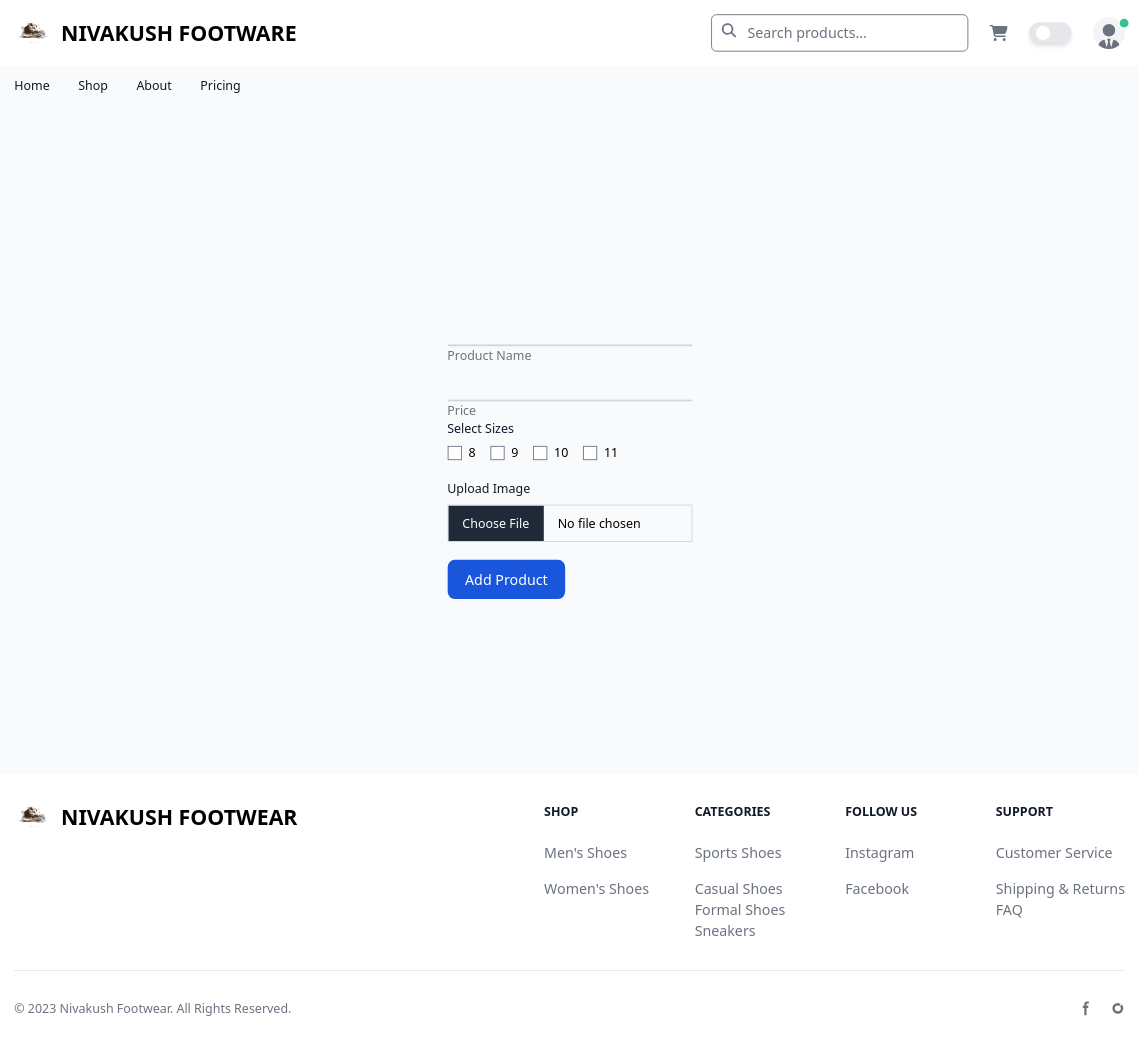
Repository: sibi24sibi/shoe-ecommerce
Page: /admin
The author's editor kept a copy of each file at every save. The page is drawn from the files as they stood at one save, then again after the next save.
The browser window is 1280 px wide. The pictures show the whole page, at 89% of full size.
Some web fonts or font styles are not loaded; a fallback is used. Some web libraries are served in a nearby version. The project was rebuilt for these pictures with package versions that can differ from the ones it lists, and the page was loaded fresh each time. Also part of the build but not shown: vite.config.js, src/Payment.jsx, src/Components/Products.jsx, src/Components/Carosel.jsx, src/Prod-page.jsx, src/Cart-page.jsx, src/ProductInfo.jsx, src/Aboutus.jsx and 3 more.

Above is the page before, as saved 2024-09-12 12:14:29.

After the next save:
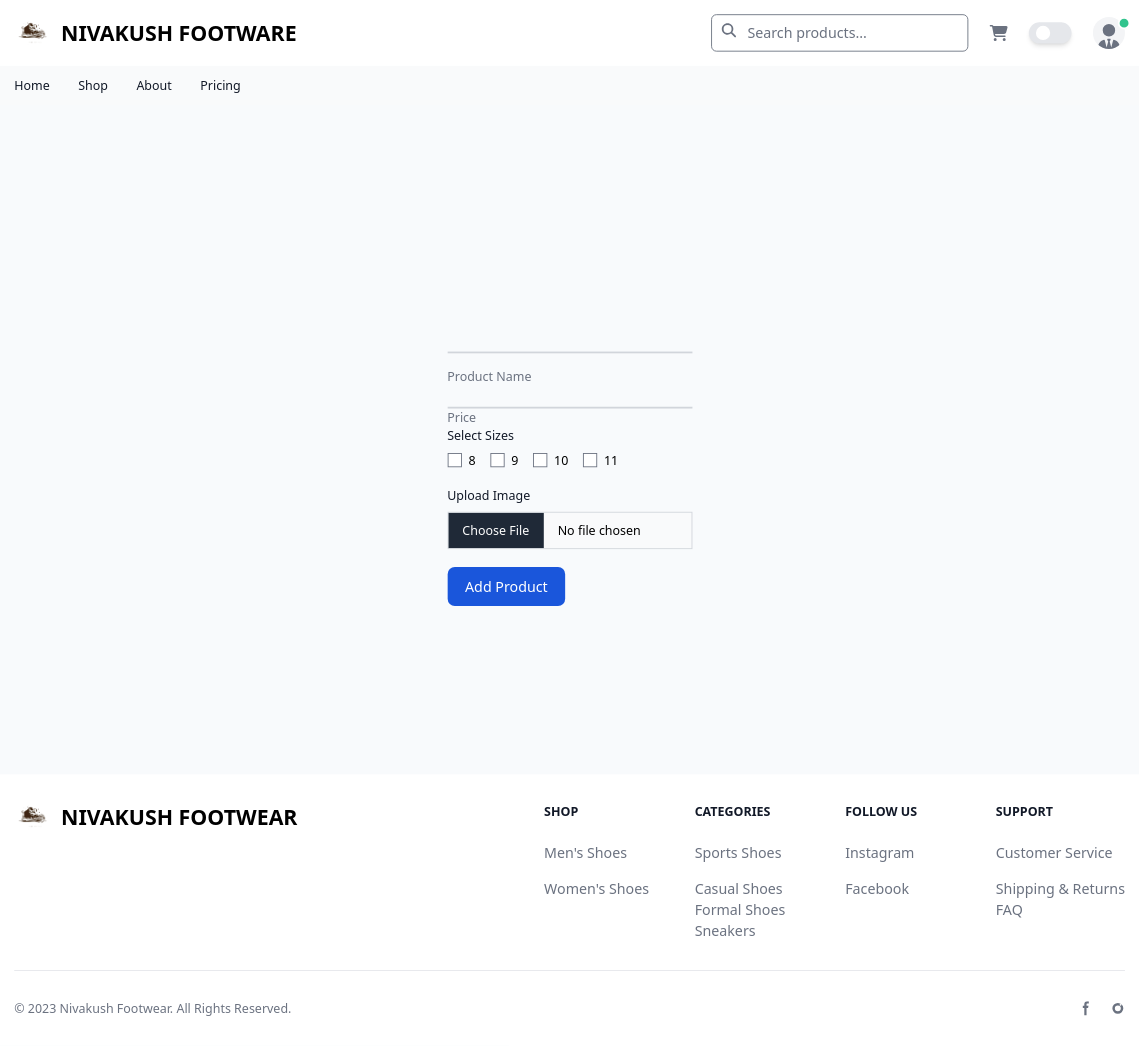
Saved 18 s later.
--- a/src/Adminpage.jsx
+++ b/src/Adminpage.jsx
@@ -63,7 +63,7 @@
             type="text"
             name="product_name"
             id="product_name"
-            className="block py-2.5 px-0 w-full text-sm dark:text-gray-100 text-gray-900 bg-transparent border-0 border-b-2 border-gray-300"
+            className="block py-2.5 px-0 w-full text-sm dark:text-gray-100 my-4 text-gray-900 bg-transparent border-0 border-b-2 border-gray-300"
             placeholder=" "
             value={productName}
             onChange={(e) => setProductName(e.target.value)}

After the save that followed:
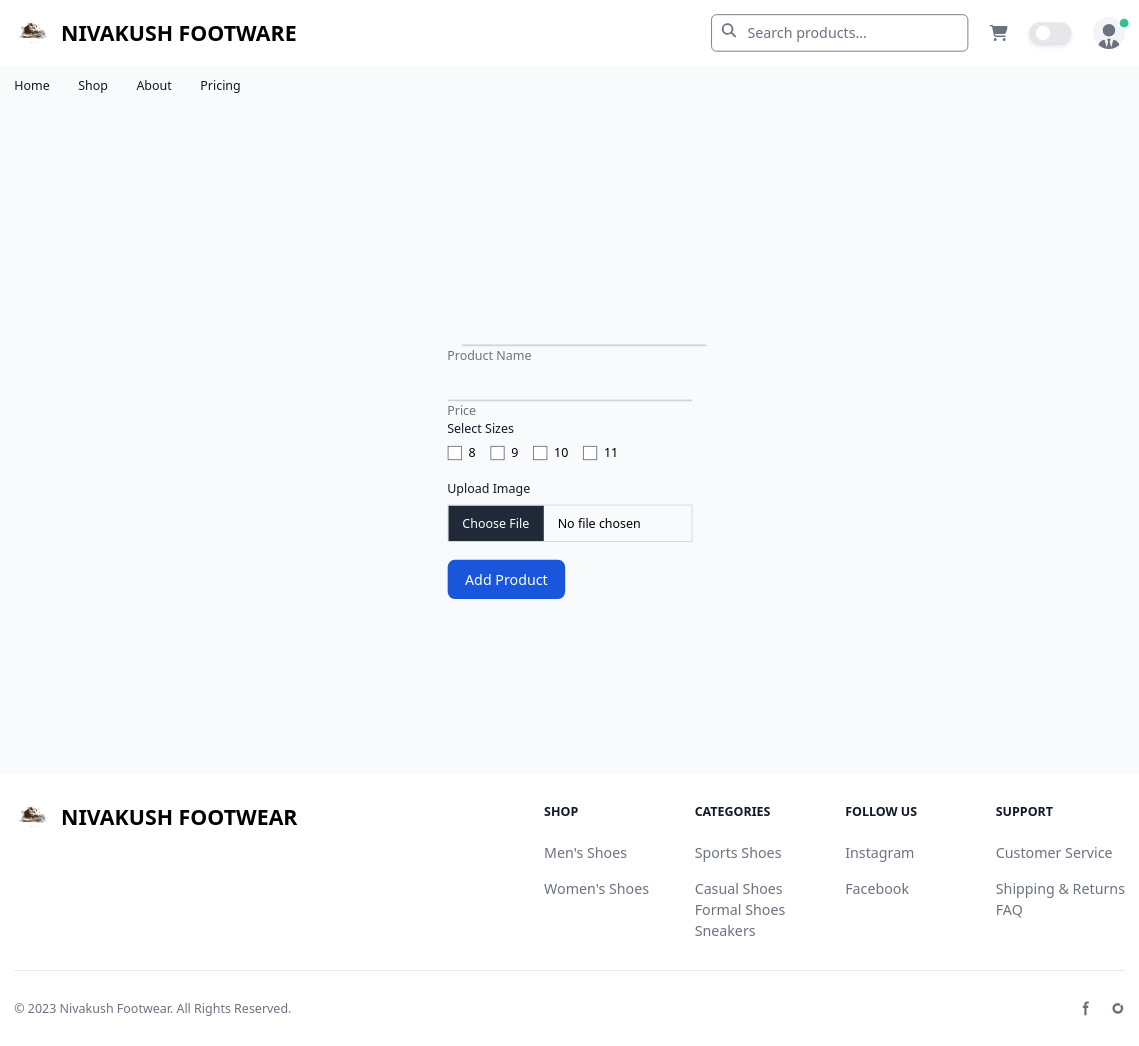
Saved 6 s later.
--- a/src/Adminpage.jsx
+++ b/src/Adminpage.jsx
@@ -63,7 +63,7 @@
             type="text"
             name="product_name"
             id="product_name"
-            className="block py-2.5 px-0 w-full text-sm dark:text-gray-100 my-4 text-gray-900 bg-transparent border-0 border-b-2 border-gray-300"
+            className="block py-2.5 px-0 w-full text-sm dark:text-gray-100 mx-4 text-gray-900 bg-transparent border-0 border-b-2 border-gray-300"
             placeholder=" "
             value={productName}
             onChange={(e) => setProductName(e.target.value)}
